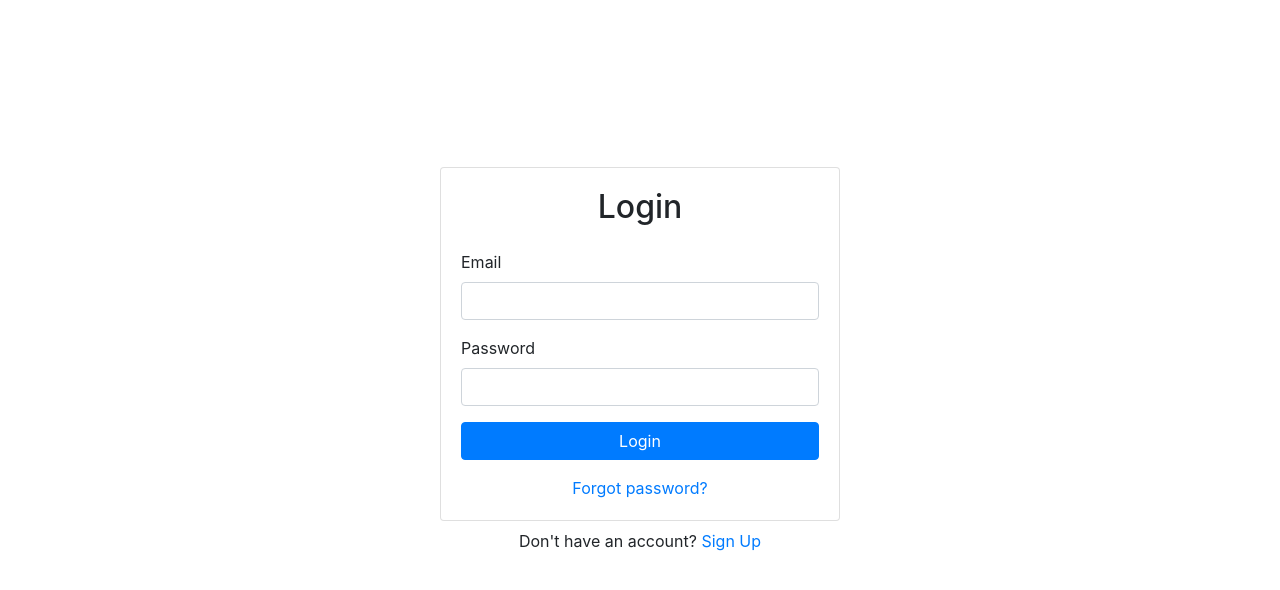
Repository: JonoBowenDev/firebase-tutorial
Page: /forgot-password
An editor plug-in stored every save of this project. The page is shown before and after a run of saves, followed by the edit.
The browser window is 1280 px wide. The pictures show the whole page.
The project was rebuilt for these pictures with package versions that can differ from the ones it lists, and the page was loaded fresh each time. Also part of the build but not shown: src/components/SignUp.js, src/components/Dashboard.js, src/components/Login.js, src/components/PrivateRoute.js.

Above is the page before, as saved 2021-03-12 18:56:41.

### src/index.js
import React from 'react';
import ReactDOM from 'react-dom';
import App from './components/App';
import "bootstrap/dist/css/bootstrap.min.css";

ReactDOM.render(
  <React.StrictMode>
    <App />
  </React.StrictMode>,
  document.getElementById('root')
);

### src/components/App.js
import SignUp from "./SignUp";
import { Container } from "react-bootstrap";
import { AuthProvider } from "../contexts/AuthContext";
import { BrowserRouter as Router, Switch, Route } from "react-router-dom";
import Dashboard from "./Dashboard";
import Login from "./Login";
import PrivateRoute from "./PrivateRoute";
import ForgotPassword from "./ForgotPassword";

function App() {
  return (

    <Container className="d-flex align-items-center justify-content-center"
      style={{ minHeight: "100vh"}}>
      <div className="w-100" style={{maxWidth: "400px"}}>
      <Router>
        <AuthProvider>
          <Switch>
            <PrivateRoute exact path="/" component={Dashboard} />
            <Route path="/signup" component={SignUp} />
            <Route path="/login" component={Login} />
            <Route path="/forgot-password" component={ForgotPassword} />
          </Switch>
        </AuthProvider>
      </Router>
      </div>
    </Container>

  );
}

export default App;

### src/contexts/AuthContext.js
import React, { useContext, useState, useEffect } from "react";
import { auth } from "../firebase";

const AuthContext = React.createContext();

export function useAuth() {
    return useContext(AuthContext);
}

export function AuthProvider({ children }) {

    const [currentUser, setCurrentUser] = useState();
    const [loading, setLoading] = useState(true);

    const signUp = (email, password) => {
        return auth.createUserWithEmailAndPassword(email, password);
    }

    const login = (email, password) => {
        return auth.signInWithEmailAndPassword(email, password);
    }

    const logout = () => {
        return auth.signOut();
    }

    useEffect(() => {
        const unsubscribe = auth.onAuthStateChanged(user => {
            setCurrentUser(user);
            setLoading(false);
        })

        return unsubscribe;
    }, [])


    const value = {
        currentUser,
        login,
        signUp,
        logout
    }

    return (
        <AuthContext.Provider value={value}>
            {!loading && children}
        </AuthContext.Provider>
    )
}

### src/components/ForgotPassword.js
import React, { useState, useRef } from 'react';
import { Form, Button, Card, Alert } from 'react-bootstrap';
import { useAuth } from "../contexts/AuthContext";
import { Link, useHistory } from "react-router-dom";

export default function ForgotPassword() {

    const emailRef = useRef();
    const passwordRef = useRef();

    const [error, setError] = useState("");
    const [loading, setLoading] = useState(false);

    const { login } = useAuth();

    const history = useHistory();

    async function handleSubmit (e) {
        e.preventDefault();

        try{
            setError("");
            setLoading(true);
            await login(emailRef.current.value, passwordRef.current.value);
            history.push("/");
        } catch {
            setError("Failed to sign in");
        }

        setLoading(false);
    }

    return (
        <div>
        <Card>
            <Card.Body>
                <h2 className="text-center mb-4">Login</h2>
                {error && <Alert variant ="danger">{error}</Alert>}
                <Form onSubmit={handleSubmit}>
                    <Form.Group id="email">
                        <Form.Label>Email</Form.Label>
                        <Form.Control type="email" ref={emailRef} required />
                    </Form.Group>
                    <Form.Group id="password">
                        <Form.Label>Password</Form.Label>
                        <Form.Control type="password" ref={passwordRef} required />
                    </Form.Group>
                    <Button disabled={loading} className="w-100" type="submit">
                        Login
                    </Button>
                </Form>
                <div className="w-100 text-center mt-3">
                    <Link to="/forgot-password">Forgot password?</Link>
                </div>
            </Card.Body>
        </Card>
        <div className="w-100 text-center mt-2">
            Don't have an account? <Link to="/signup">Sign Up</Link>
        </div>
        </div>
    )
}

### src/firebase.js
import firebase from "firebase";
import "firebase/auth";

// TRY IF THIS DOESN'T WORK
// console.log(process.env.apikey);

const app = firebase.initializeApp({
    apiKey: process.env.REACT_APP_FIREBASE_API_KEY,
    authDomain: process.env.REACT_APP_FIREBASE_AUTH_DOMAIN,
    projectId: process.env.REACT_APP_FIREBASE_PROJECT_ID,
    storageBucket: process.env.REACT_APP_FIREBASE_STORAGE_BUCKET,
    messagingSenderId: process.env.REACT_APP_FIREBASE_MESSAGING_SENDER_ID,
    appId: process.env.REACT_APP_FIREBASE_APP_ID
});

export const auth = app.auth();
export default app;

Loaded but not shown: public/index.html (common file)

After the next 2 saves:
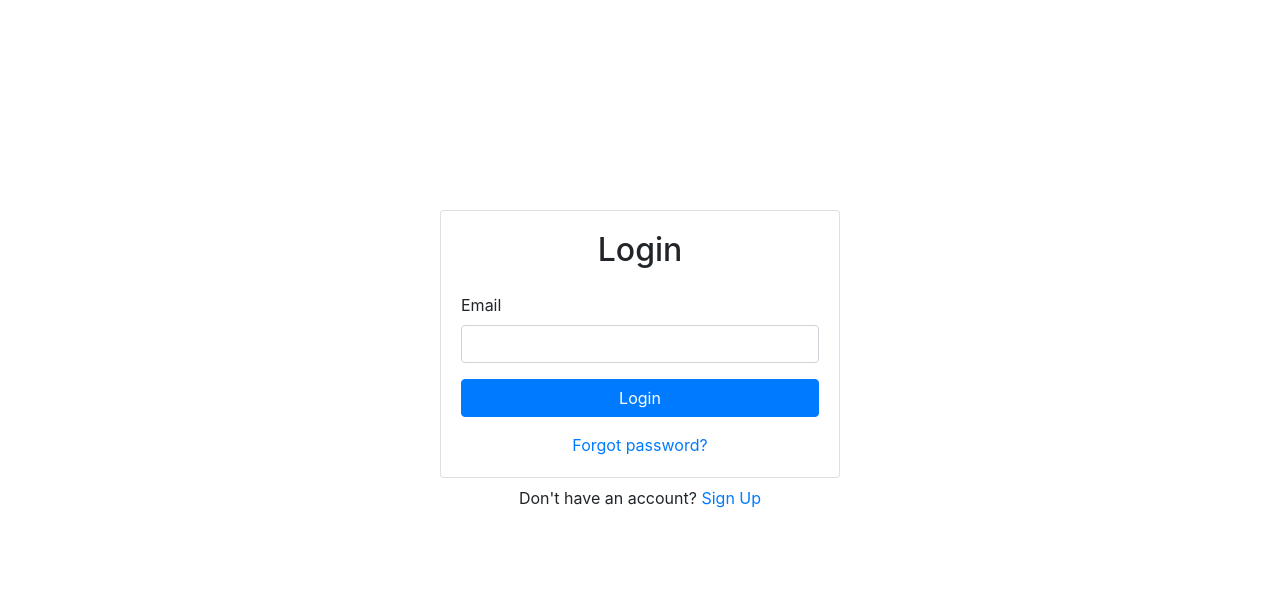
The 2 saves are shown as one change because 1 did not build or start.
The last was saved 48 s later.
--- a/src/components/ForgotPassword.js
+++ b/src/components/ForgotPassword.js
@@ -6,7 +6,6 @@ import { Link, useHistory } from "react-router-dom";
 export default function ForgotPassword() {
 
     const emailRef = useRef();
-    const passwordRef = useRef();
 
     const [error, setError] = useState("");
     const [loading, setLoading] = useState(false);
@@ -41,10 +40,6 @@ export default function ForgotPassword() {
                         <Form.Label>Email</Form.Label>
                         <Form.Control type="email" ref={emailRef} required />
                     </Form.Group>
-                    <Form.Group id="password">
-                        <Form.Label>Password</Form.Label>
-                        <Form.Control type="password" ref={passwordRef} required />
-                    </Form.Group>
                     <Button disabled={loading} className="w-100" type="submit">
                         Login
                     </Button>
